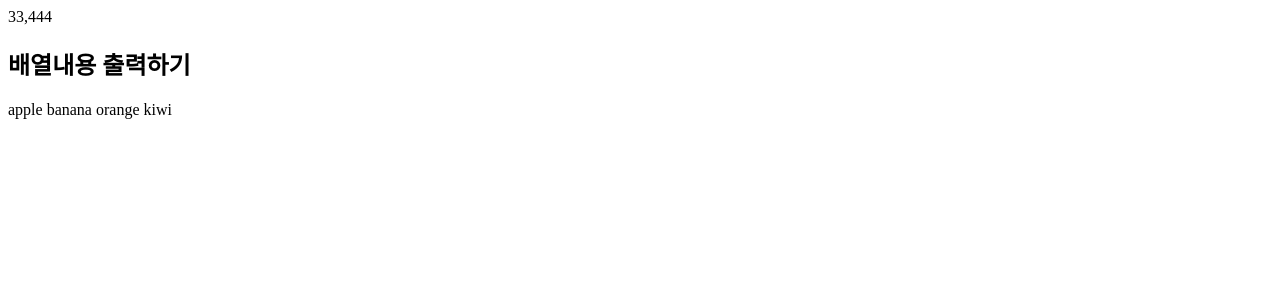
Repository: victoai/javaee2
Page: http://localhost/mvc/jstlEx.jsp
The author's editor kept a copy of each file at every save. The page is drawn from the files as they stood at one save, then again after the next save.
The browser window is 1280 px wide. The pictures show the whole page.
The page is served by Tomcat 9.

Above is the page before, as saved 2023-08-26 14:13:10.

After the next save:
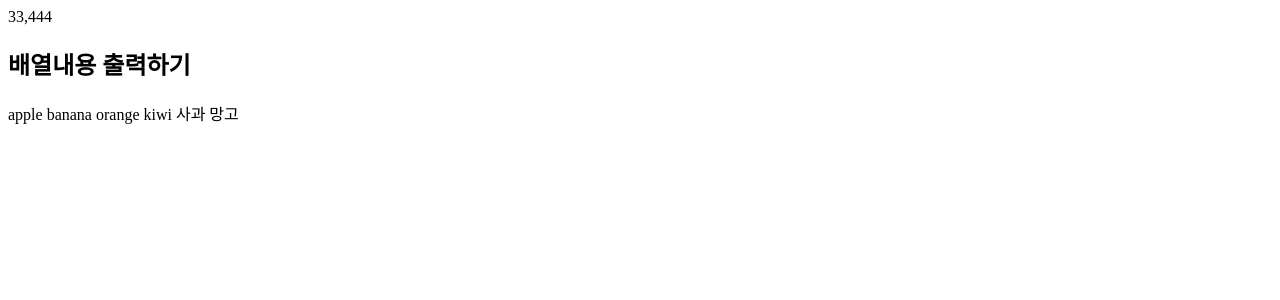
Saved 21 s later.
--- a/mvc/src/main/webapp/jstlEx.jsp
+++ b/mvc/src/main/webapp/jstlEx.jsp
@@ -22,7 +22,7 @@
 </c:forEach>
 
 <%
-String[] message ={};
+String[] message ={"사과" ,"망고"};
 request.setAttribute("message", message);
 %>
 
